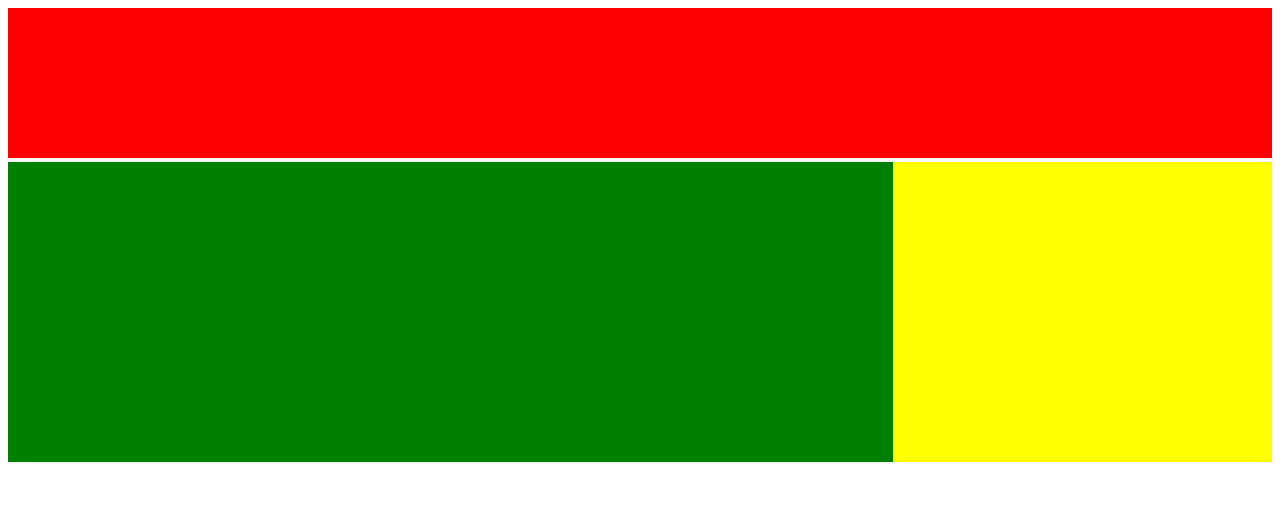
Repository: Tan-Khang21/TH_TKW--Buoi_03
Page: BT_tren_lop/Bai_3/Frame7/frame77.html
An editor plug-in stored every save of this project. The page is shown before and after the next save, followed by the edit.
The browser window is 1280 px wide. The pictures show the whole page.

Above is the page before, as saved 2024-03-04 19:08:34.

### BT_tren_lop/Bai_3/Frame7/frame77.html
<!DOCTYPE html>
<html lang="en">
  <head>
    <meta charset="UTF-8" />
    <meta name="viewport" content="width=device-width, initial-scale=1.0" />
    <title>Document</title>
  </head>
  <body>
    <div style="width: 1200px; min-height: 100%; margin: 0; padding: 0;"></div>
    <iframe src="Row1.html" frameborder="0" height="20%" width="100%"></iframe>

      <div style="height: 80%; width: 70%; float: left">
        <iframe
          src="Row2Col1Row1.html"
          frameborder="0"
          height="60%"
          width="100%"
          style="box-sizing: border-box; display: block;"
        ></iframe>
        <iframe
          src="Row2Col1Row2.html"
          frameborder="0"
          height="40%"
          width="100%"
          style="box-sizing: border-box; display: block;"
        ></iframe>
      </div>
      <div style="height: 80%; width: 30%; float: right">
        <iframe
          src="Row2Col2Row1.html"
          frameborder="0"
          height="30%"
          width="100%"
          style="box-sizing: border-box; display: block;"
        ></iframe>
        <iframe
          src="Row2Col2Row2.html"
          frameborder="0"
          height="70%"
          width="100%"
          style="box-sizing: border-box; display: block;"
        ></iframe>
      </div>
    </div>
  </body>
</html>

### BT_tren_lop/Bai_3/Frame7/Row1.html
<!DOCTYPE html>
<html lang="en">
<head>
    <meta charset="UTF-8">
    <meta name="viewport" content="width=device-width, initial-scale=1.0">
    <title>Document</title>
</head>
<body style="background-color: red;">

</body>
</html>

### BT_tren_lop/Bai_3/Frame7/Row2Col1Row1.html
   <!DOCTYPE html>
<html lang="en">
<head>
    <meta charset="UTF-8">
    <meta name="viewport" content="width=device-width, initial-scale=1.0">
    <title>Document</title>
</head>
<body style="background-color:green;">

</body>
</html>

### BT_tren_lop/Bai_3/Frame7/Row2Col1Row2.html
   <!DOCTYPE html>
<html lang="en">
<head>
    <meta charset="UTF-8">
    <meta name="viewport" content="width=device-width, initial-scale=1.0">
    <title>Document</title>
</head>
<body style="background-color:green;">

</body>
</html>

### BT_tren_lop/Bai_3/Frame7/Row2Col2Row1.html

    <!DOCTYPE html>
<html lang="en">
<head>
    <meta charset="UTF-8">
    <meta name="viewport" content="width=device-width, initial-scale=1.0">
    <title>Document</title>
</head>
<body style="background-color: yellow;">
</body>
</html>

### BT_tren_lop/Bai_3/Frame7/Row2Col2Row2.html

    <!DOCTYPE html>
<html lang="en">
<head>
    <meta charset="UTF-8">
    <meta name="viewport" content="width=device-width, initial-scale=1.0">
    <title>Document</title>
</head>
<body style="background-color: yellow;">

</body>
</html>

After the next save:
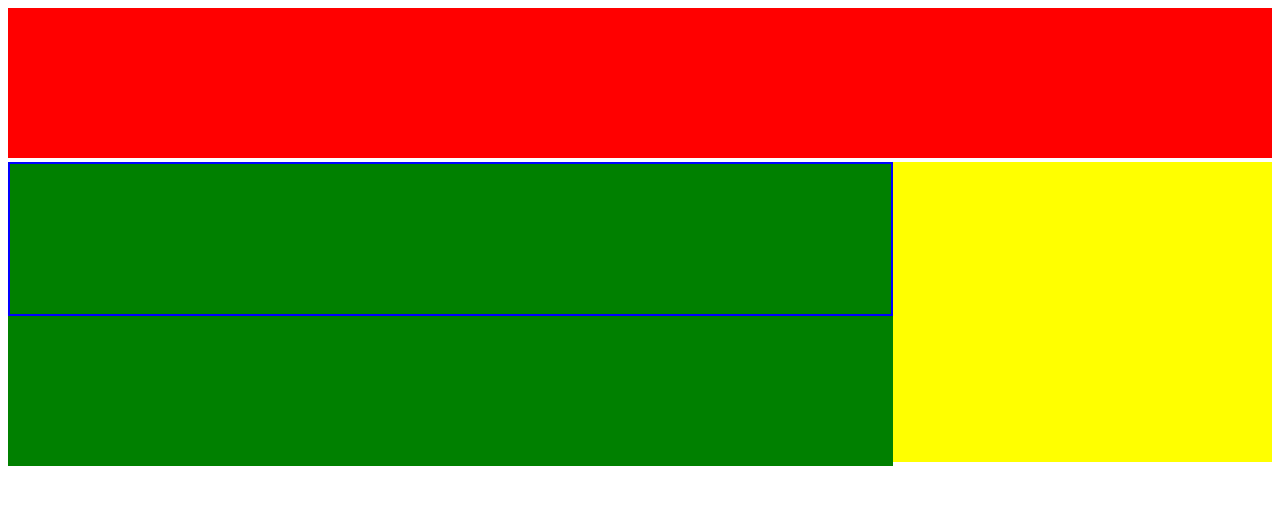
Saved 33 s later.
--- a/BT_tren_lop/Bai_3/Frame7/frame77.html
+++ b/BT_tren_lop/Bai_3/Frame7/frame77.html
@@ -15,7 +15,8 @@
           frameborder="0"
           height="60%"
           width="100%"
-          style="box-sizing: border-box; display: block;"
+          style="box-sizing: border-box; display: block;
+          border: 2px solid blue;"
         ></iframe>
         <iframe
           src="Row2Col1Row2.html"
